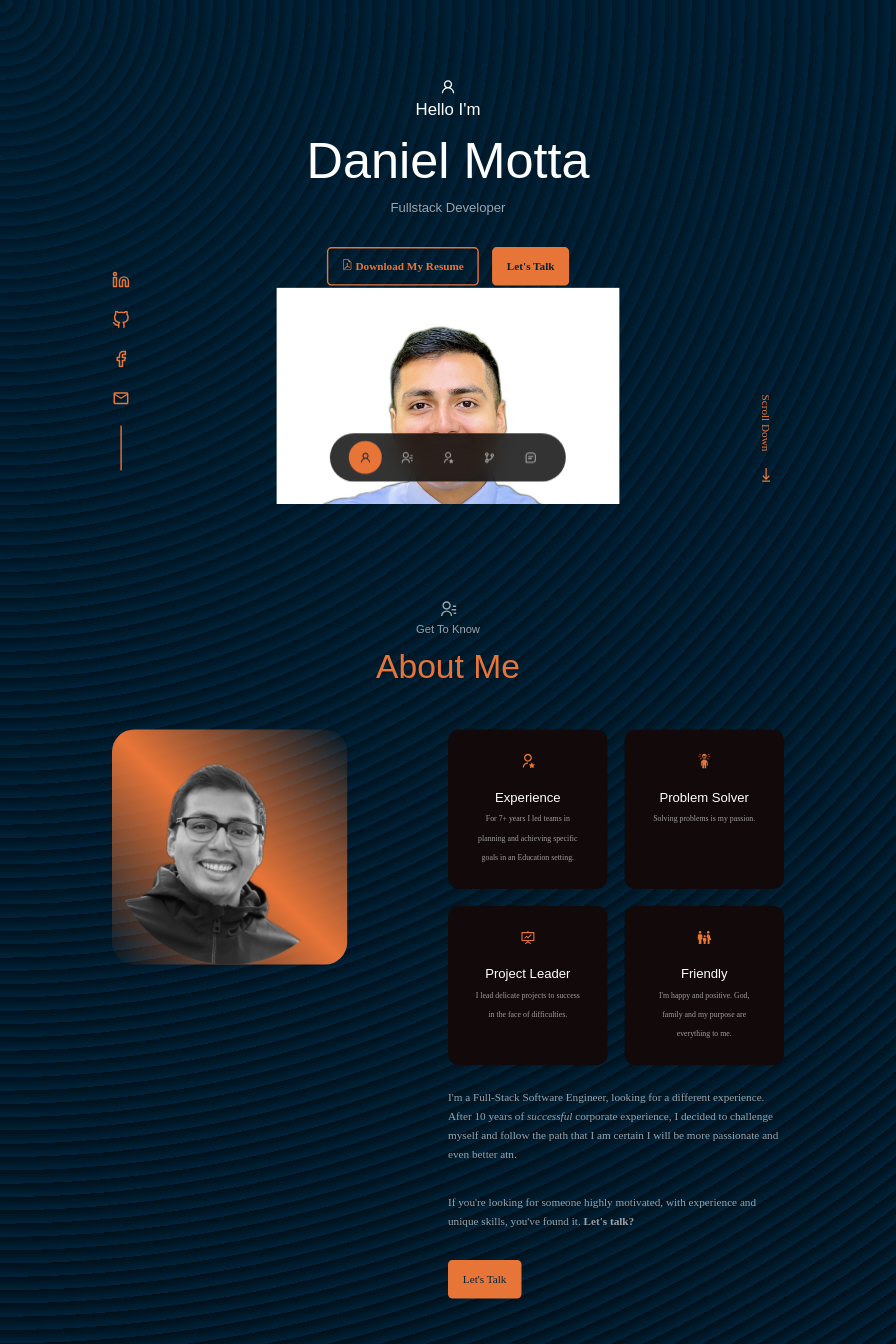
Repository: mottad14/dani_portfolio
Page: /
An editor plug-in stored every save of this project. The page is shown before and after the next save, followed by the edit.
The browser window is 1280 px wide. The pictures show the part of the page from y = 0 to 1920 px (the page is 5382 px tall before and 5385 px after), at 70% of full size.
The project was rebuilt for these pictures with package versions that can differ from the ones it lists, and the page was loaded fresh each time. Also part of the build but not shown: src/components/services/services.css, src/components/services/Services.jsx, src/components/testimonials/testimonials.css. Imported but missing from the stored project, and not drawn on this page: src/components/assets/cv.pdf.

Above is the page before, as saved 2022-08-17 14:42:28.

### src/index.css

* {
  margin: 0;
  padding: 0;
  border: 0;
  outline: 0;
  box-sizing: border-box;
  list-style: none;
  text-decoration: none;
}

:root {
  --color-bg: #00233A;
  --color-bg-variant: #120a0a;
  --color-primary: #E87538;
  --color-primary-variant: #ee9a6d;
  --color-white: #fff;
  --color-light: rgba(255, 255, 255, 0.6);

  --transition: all 400ms ease;

  --container-width-lg: 75%;
  --container-width-md: 86%;
  --container-width-sm: 90%;
}

html {
  scroll-behavior: smooth;
}

::-webkit-scrollbar {
  display: none;
}

body {
  color: var(--color-white);
  line-height: 1.7;
  /* background: var(--color-bg);
  background-image: url(../src/assets/bg-texture.png); */
  /* background-color: #023047; */
  /* background-image: url("data:[embedded picture, 4668 characters]");
background-attachment: fixed;
background-size: cover; */
  /* background-color: #023047;
  background-image: url("data:[embedded picture, 4246 characters]");
  background-attachment: fixed;
  background-size: cover; */
  background-color: #00233a;
opacity: 1;
background-image:  repeating-radial-gradient( circle at 0 0, transparent 0, #00233a 19px ), repeating-linear-gradient( #00000055, #000000 );
}


/* ============== GENERAL STYLES ============== */
.container {
  width: var(--container-width-lg);
  margin: 0 auto;
}

h1,
h2,
h3,
h4,
h5 {
  font-weight: 500;
  font-family: 'gumelaregular', sans-serif;
}

h1 {
  font-size: 4.5rem;
}

section {
  margin-top: 8rem;
}

section>h2,
section>h4 {
  text-align: center;
  color: var(--color-light);
}

section>h2 {
  color: var(--color-primary);
  margin-bottom: 3rem;
  font-size: 3rem;
}

.text-light {
  color: var(--color-light);
}

a {
  color: var(--color-primary);
  transition: var(--transition);
}

a:hover {
  color: var(--color-white);
}

.btn {
  width: max-content;
  display: inline-block;
  color: var(--color-primary);
  padding: 0.75rem 1.2rem;
  border-radius: 0.4rem;
  cursor: pointer;
  border: 2px solid var(--color-primary);
  transition: var(--transition);
}

.btn:hover {
  background: var(--color-white);
  color: var(--color-bg);
  border-color: transparent;
}

.btn-primary {
  background: var(--color-primary);
  color: var(--color-bg);
}

img {
  display: block;
  width: 100%;
  object-fit: cover;
}

/* ================ MEDIA QUERIES (MEDIUM DEVICES) ================= */
@media screen and (max-width: 1024px) {
  .container {
    width: var(--container-width-md);
  }

  section {
    margin-top: 6rem;
  }
}

/* ================ MEDIA QUERIES (SMALL DEVICES) ================= */
@media screen and (max-width: 600px) {
  .container {
    width: var(--container-width-sm);
  }

  section>h2 {
    margin-bottom: 2rem;
  }
}

### src/components/header/Header.jsx
import React from 'react'
import './header.css'
import CTA from './CTA'
import ME from '../assets/eu-landgradientcrop.png'
import HeaderSocial from './HeaderSocials'
import {AiOutlineUser} from 'react-icons/ai'
import { CgPushRight } from 'react-icons/cg';

const Header = () => {
  return (
	    <header>
			<div className='container header__container'>
				<div className='header-name-wrapper'>
					<h2 style={{lineHeight:'0rem',fontSize:'1.5rem'}}><AiOutlineUser/></h2>
					<h2 className='hello'>Hello I'm</h2>
					<h1 className='myname'>Daniel Motta</h1>
					<h3 className='full-stack text-light'>Fullstack Developer</h3>
				</div>
				<CTA />
				<HeaderSocial />

				<div className='me'>
					<img src={ME} alt='me' />
				</div>

				<div className='scrolldownflex'>
					<a href='#contact' className='scroll__down'>
						<span>Scroll Down</span> <CgPushRight style={{fontSize: '1.4rem'}}/>
					</a>
				</div>
			</div>
		</header>
	);
}

export default Header

### src/components/nav/Nav.jsx
import React from 'react'
import './nav.css'
import {AiOutlineUser} from 'react-icons/ai'
import {RiContactsLine, RiUserStarLine} from 'react-icons/ri'
import {BiMessageSquareDetail, BiGitBranch, } from 'react-icons/bi'
import {useState} from 'react'

const Nav = () => {
  const [activeNav, setActiveNav] = useState('#')
  return (
    <nav>
      <a href="#" onClick={() => setActiveNav('#')} className={activeNav === '#' ? 'active' : ''}><AiOutlineUser/></a>
      <a href="#about" onClick={() => setActiveNav('#about')} className={activeNav === '#about' ? 'active' : ''}><RiContactsLine/></a>
      <a href="#experience" onClick={() => setActiveNav('#experience')} className={activeNav === '#experience' ? 'active' : ''}><RiUserStarLine/></a>
      <a href="#portfolio" onClick={() => setActiveNav('#portfolio')} className={activeNav === '#portfolio' ? 'active' : ''}><BiGitBranch/></a>
      <a href="#contact" onClick={() => setActiveNav('#contact')} className={activeNav === '#contact' ? 'active' : ''}><BiMessageSquareDetail/></a>
    </nav>
  )
}

export default Nav

### src/components/about/About.jsx
import React from 'react'
import './about.css'
import ME from '../assets/me-about2.png'
import {GiSmart, GiTeamUpgrade} from 'react-icons/gi'
import {RiUserStarLine,RiContactsLine} from 'react-icons/ri'
import {AiOutlineFundProjectionScreen} from 'react-icons/ai'
import {MdOutlineFamilyRestroom} from 'react-icons/md'

const About = () => {
  return (
    <section id='about'>
      <h2 style={ { lineHeight: '0rem', fontSize: '1.5rem', color: 'rgba(255, 255, 255, 0.6)', marginBottom: '0.2rem', paddingTop: '10px' } }><RiContactsLine/></h2>
      <h4>Get To Know</h4>
      <h2>About Me</h2>

      <div className="container about__container">
        <div className="about__me">
          <div className="about__me-image">
            <img src={ME} alt="About Image" />
          </div>
        </div>

        <div className="about__content">
          <div className="about__cards">
            <article className='about__card'>
              <RiUserStarLine className='about__icon'/>
              <h3>Experience</h3>
              <small> For 7+ years I led teams in planning and achieving specific goals in an Education setting.</small>
            </article>

            <article className='about__card'>
              <GiSmart className='about__icon'/>
              <h3>Problem Solver</h3>
              <small>Solving problems is my passion.</small>
            </article>

            <article className='about__card'>
              <AiOutlineFundProjectionScreen className='about__icon'/>
              <h3>Project Leader</h3>
              <small>I lead delicate projects to success in the face of difficulties.</small>
            </article>
            <article className='about__card'>
              <MdOutlineFamilyRestroom className='about__icon'/>
              <h3>Friendly</h3>
              <small>I'm happy and positive.  God, family and my purpose are everything to me.</small>
            </article>
          </div>

          <p>

          I'm a Full-Stack Software Engineer, looking for a different experience. After 10 years of <em>successful</em> corporate experience, I decided to challenge myself and follow the path that I am certain I will be more passionate and even better atn.
          </p>
          <p>
          If you're looking for someone highly motivated, with experience and unique skills, you've found it. <b>Let's talk?</b>
          </p>

          <a href="#contact" className='btn btn-primary'>Let's Talk</a>
        </div>
      </div>
    </section>
  )
}

export default About

### src/components/testimonials/Testimonials.jsx
import React from 'react'
import './testimonials.css'
//Import all the images here ()


import 'swiper/css';
import 'swiper/css/pagination'


const Testimonials = () => {
  return (
    <div>Testimonials</div>
  )
}

export default Testimonials

### src/components/contact/Contact.jsx
import React from 'react'
import './contact.css'
import {MdOutlineEmail} from 'react-icons/md'
import {RiMessengerLine, RiMailSendLine} from 'react-icons/ri'
import { BsWhatsapp } from 'react-icons/bs'
import {BiMessageSquareDetail} from 'react-icons/bi'
import { useRef } from 'react';
import emailjs from 'emailjs-com'

const Contact = () => {
  const form = useRef();

  const sendEmail = (e) => {
    e.preventDefault();

    emailjs.sendForm('danny_motta', 'template_4kgjp9o', form.current, 'gMA-AbSRzbGp9wdKM')

    e.target.reset()
  };

  return (
    <section id='contact'>
      <h2 style={{lineHeight:'0rem',fontSize:'1.5rem', color: 'rgba(255, 255, 255, 0.6)',marginBottom:'0.2rem',paddingTop:'10px'}}><BiMessageSquareDetail/></h2>
      <h4>Get In Touch</h4>
      <h2>Contact Me</h2>

      <div className="container contact__container">
        <div className="contact__options">
          <article className="contact__option">
            <MdOutlineEmail className='contact__option-icon'/>
            <h4>Email</h4>
            <h5>mottad14@gmail.com</h5>
            <a href="mailto:mottad14@gmail.com" target="_blank">Send a message</a>
          </article>
          <article className="contact__option">
            <RiMessengerLine className='contact__option-icon'/>
            <h4>Messenger</h4>
            <h5>Danny Motta</h5>
            <a href="https://m.me/mottad14" target="_blank">Send a message</a>
          </article>
          <article className="contact__option">
            <BsWhatsapp className='contact__option-icon'/>
            <h4>WhatsApp</h4>
            <h5></h5>
            <a href="https://api.whatsapp.com/send?phone=18479029049" target="_blank">Send a message</a>
          </article>
        </div>
        {/* END OF CONTACT OPTIONS */}
        <form ref={form} onSubmit={sendEmail}>
          <input type="text" name='name' placeholder='Your Full Name' required />
          <input type="email" name='email' placeholder='Your Email' required />
          <textarea name="message" rows="7" placeholder='Your Message' required ></textarea>
          <button type='submit' className='btn btn-primary'>Send Message <RiMailSendLine style={{fontSize:'1rem', verticalAlign: 'bottom', marginLeft:'8px'}}/></button>
        </form>
      </div>
    </section>
  )
}

export default Contact

### src/components/footer/Footer.jsx
import React from 'react'
import './footer.css'
import {FaFacebookF} from 'react-icons/fa'
import {FiInstagram} from 'react-icons/fi'
import {IoLogoTwitter} from 'react-icons/io'

const Footer = () => {
  return (
    <footer>
      <a href="#" className='footer__logo'>Daniel Motta</a>

      <ul className='permalinks'>
        <li><a href="#">Home</a></li>
        <li><a href="#about">About</a></li>
        <li><a href="#experience">Experience</a></li>
        <li><a href="#services">Services</a></li>
        <li><a href="#portfolio">Portfolio</a></li>
        <li><a href="#testimonials">Testimonials</a></li>
        <li><a href="#contact">Contact</a></li>
      </ul>

      <div className="footer__socials">
        <a href="https://facebook.com"><FaFacebookF/></a>
        <a href="https://instagram.com"><FiInstagram/></a>
        <a href="https://twitter.com"><IoLogoTwitter/></a>
      </div>

    </footer>
  )
}

export default Footer

### src/components/header/header.css
header {
  height: 100vh;
  padding-top: 7rem;
  overflow: hidden;
}

.header__container {
  text-align: center;
  height: 100%;
  position: relative;
}

h2.hello {
  /* opacity: 0.75; */
  margin-bottom: 0rem;
}

h1.myname {
  line-height: 6.5rem;
}
/* =============== CTA - Call To Action  ============== */
.cta {
  margin-top: 2.5rem;
  display: flex;
  gap: 1.2rem;
  justify-content: center;
  font-weight: 700;
}

/* =============== HEADER SOCIALS ============== */
.header__socials {
  display: flex;
  flex-direction: column;
  align-items: center;
  gap: 0.8rem;
  position: absolute;
  left: 0;
  bottom: 3rem;
}
.header__socials a {
  font-size: 1.6rem;
  transition: all ease-out 1s;
}

/* =============== HEADER SOCIALS: HOVER ============== */
.header__socials a:hover {
  transform: scale(1.2);
  transition: all ease 0.2s;
}

.header__socials::after {
  content: "";
  width: 2px;
    height: 4rem;
  background: var(--color-primary);
}

/* =============== ME ============== */
.me {
  background: linear-gradient(var(--color-primary), transparent);
  width: 21rem;
  height: 25rem;
  position: absolute;
  left: 50%;
  transform: translateX(-50%);
  margin-top: 6.5rem;
  border-radius: 12rem 12rem 0 0;
  /* overflow: hidden; */
  overflow-y: visible;
  padding: 0rem 1.5rem 1.5rem 1.5rem;
}

/* =============== ME: IMG ============== */

.me img{
  transform: scale(1.7);
}
.me img:after {
  content: "";
  width: 100px;
  height: 50px;
  position: absolute;
  top: 0;
  right: 0;
  background: linear-gradient(90deg, rgba(255,255,255,0), rgba(255,255,255,1));
}

/* =============== SCROLL DOWN ============== */
.scroll__down {
  position: absolute;
  right: -2.3rem;
  bottom: 5rem;
  transform: rotate(90deg);
  font-weight: 300;
  font-size: 1rem;
}
.scrolldownflex a {
  transition: all ease-out 1s;
  transform: rotate(90deg);
  display: flex;
  justify-content: space-between;
  align-items: center;
  gap: 1.4rem;
}

.scrolldownflex a:hover{
  transform: scale(1.1);
  transform: rotate(90deg) scale(1.05);
  transition: all ease-out .2s;
}

/* ================ MEDIA QUERIES (MEDIUM DEVICES) ================= */
@media screen and (max-width: 1024px) {
  header {
    height: 68vh;
  }
}

/* ================ MEDIA QUERIES (SMALL DEVICES) ================= */
@media screen and (max-width: 600px) {
  header {
    height: 94vh;
    /* added after tutorial */
    padding-top: 4rem;
  }

  .header__socials,
  .scroll__down, .scrolldownflex {
    display: none;
  }

  /* added after tutorial */
  .me {
    width: 94%;
    max-width: 18rem;
    margin-top: 4rem;
    justify-content: center;
  }
  h1.myname {
    line-height: 4.3rem;
  }

  /* added after tutorial */
  .cta {
    margin-top: 1.7rem;
    gap: 1rem;
  }
}

### src/components/header/CTA.jsx
import React from 'react'
import CV from '../assets/cv.pdf'
import {BsFileEarmarkPdf} from 'react-icons/bs'

const CTA = () => {
  return (
    <div className='cta'>
        <a href={CV} download className='btn cv-span'><span className='cv-icon'><BsFileEarmarkPdf/></span> <span>Download My Resume</span></a>
        <a href="#contact" className='btn btn-primary'>Let's Talk</a>
    </div>
  )
}

export default CTA

### src/components/header/HeaderSocials.jsx
import React from 'react'
import {MdOutlineEmail} from 'react-icons/md'
import {FiFacebook,FiLinkedin,FiGithub} from 'react-icons/fi'

const HeaderSocials = () => {
  return (
    <div className='header__socials'>
        <a href="https://www.linkedin.com/in/mottad14/" target="_blank"><FiLinkedin/></a>
        <a href="https://github.com/mottad14" target="_blank"><FiGithub/></a>
        <a href="https://www.facebook.com/mottad14" target="_blank"><FiFacebook/></a>
        <a href="#contact"><MdOutlineEmail/></a>
    </div>
  )
}

export default HeaderSocials

### src/components/nav/nav.css
nav {
  background: rgba(0, 0, 0, 0.8);
  width: max-content;
  display: block;
  padding: 0.7rem 1.7rem;
  z-index: 2;
  position: fixed;
  left: 50%;
  transform: translateX(-50%);
  bottom: 2rem;
  display: flex;
  gap: 0.8rem;
  border-radius: 3rem;
  backdrop-filter: blur(15px);
}

nav a {
  background: transparent;
  padding: 0.9rem;
  border-radius: 50%;
  display: flex;
  color: var(--color-light);
  font-size: 1.1rem;
}

nav a:hover {
  background: rgba(0, 0, 0, 0.3);
}

nav a.active {
  background: var(--color-primary);
  color: var(--color-bg);
}

### src/components/about/about.css
.about__container {
  display: grid;
  grid-template-columns: 35% 50%;
  gap: 15%;
}

.about__me {
  width: 100%;
  aspect-ratio: 1/1;
  border-radius: 2rem;
  background: linear-gradient(45deg,
      transparent,
      var(--color-primary),
      transparent);
  display: grid;
  place-items: center;
}

.about__me-image {
  border-radius: 2rem;
  overflow: hidden;
  transform: rotate(10deg);
  transition: var(--transition);
}

.about__me-image:hover {
  transform: rotate(-2deg);
}

.about__cards {
  display: grid;
  grid-template-columns: repeat(2, 1fr);
  gap: 1.5rem;
}

.about__card {
  background: var(--color-bg-variant);
  border: 2px solid transparent;
  border-radius: 1rem;
  padding: 2rem;
  text-align: center;
  transition: var(--transition);
}

.about__card:hover {
  background: #00000070;
  border-color: var(--color-primary-variant);
  cursor: default;
}

.about__icon {
  color: var(--color-primary);
  font-size: 1.4rem;
  margin-bottom: 1rem;
}

.about__card h5 {
  font-size: 0.95rem;
}

.about__card small {
  font-size: 0.7rem;
  color: var(--color-light);
}

.about__content p {
  margin: 2rem 0 2.6rem;
  color: var(--color-light);
}

/* ================ MEDIA QUERIES (MEDIUM DEVICES) ================= */
@media screen and (max-width: 1024px) {
  .about__container {
    grid-template-columns: 1fr;
    gap: 0;
  }

  .about__me {
    width: 50%;
    margin: 2rem auto 4rem;
  }

  .about__content p {
    margin: 1rem 0 1.5rem;
  }
}

/* ================ MEDIA QUERIES (SMALL DEVICES) ================= */
@media screen and (max-width: 600px) {
  .about__me {
    width: 65%;
    margin: 0 auto 3rem;
  }

  .about__cards {
    grid-template-columns: 1fr 1fr;
    gap: 1rem;
  }

  .about__content {
    text-align: center;
  }

  .about__content p {
    margin: 1.5rem 0;
  }
}

### src/components/experience/experience.css
.experience__container {
  display: grid;
  grid-template-columns: 1fr 1fr;
  gap: 2rem;
}

.experience__container > div {
  background: var(--color-bg-variant);
  padding: 2.4rem 5rem;
  border-radius: 2rem;
  border: 1px solid transparent;
  transition: var(--transition);
}

.experience__container > div:hover {
  background: #00000070;
  border-color: var(--color-primary-variant);
  cursor: default;
}

.experience__container > div h3 {
  text-align: center;
  margin-bottom: 2rem;
  color: var(--color-primary);
}

.experience__content {
  display: grid;
  grid-template-columns: 1fr 1fr;
  row-gap: 2rem;
}

.experience__details {
  display: flex;
  gap: 1rem;
}

.experience__details-icon {
  margin-top: 6px;
  color: var(--color-primary);
}

/* ================ MEDIA QUERIES (MEDIUM DEVICES) ================= */
@media screen and (max-width: 1024px) {
  .experience__container {
    grid-template-columns: 1fr;
  }

  .experience__container > div {
    width: 80%;
    padding: 2rem;
    margin: 0 auto;
  }

  .experience__content {
    padding: 1rem;
  }
}

/* ================ MEDIA QUERIES (SMALL DEVICES) ================= */
@media screen and (max-width: 600px) {
  .experience__container {
    gap: 1rem;
  }

  .experience__container > div {
    width: 100%;
    padding: 2rem 1rem;
  }
}

### src/components/portfolio/portfolio.css
.portfolio__container {
  display: grid;
  grid-template-columns: repeat(3, 1fr);
  gap: 2.5rem;
}

.portfolio__item {
  background: var(--color-bg-variant);
  padding: 1.2rem;
  border-radius: 2rem;
  border: 2px solid transparent;
  transition: var(--transition);
}

.portfolio__item:hover {
  border-color: var(--color-primary-variant);
  background: #00000070;
}

.portfolio__item-image {
  border-radius: 1.5rem;
  overflow: hidden;
  aspect-ratio: 9/6;
}

.portfolio__item h3 {
  margin: 1.2rem 0 2rem;
}

.portfolio__item-cta {
  display: flex;
  gap: 1rem;
  margin-bottom: 1rem;
}

/* ================ MEDIA QUERIES (MEDIUM DEVICES) ================= */
@media screen and (max-width: 1024px) {
  .portfolio__container {
    grid-template-columns: 1fr 1fr;
    gap: 1.2rem;
  }
}

/* ================ MEDIA QUERIES (SMALL DEVICES) ================= */
@media screen and (max-width: 600px) {
  .portfolio__container {
    grid-template-columns: 1fr;
    gap: 1rem;
  }
}

### src/components/contact/contact.css
.container.contact__container {
  width: 58%;
  display: grid;
  grid-template-columns: 30% 58%;
  gap: 12%;
}

.contact__options {
  display: flex;
  flex-direction: column;
  gap: 1.2rem;
}

.contact__option {
  background: var(--color-bg-variant);
  padding: 1.2rem;
  border-radius: 1.2rem;
  text-align: center;
  border: 2px solid transparent;
  transition: var(--transition);
}

.contact__option:hover {
  background: #00000070;
  border-color: var(--color-primary-variant);
}

.contact__option-icon {
  font-size: 1.5rem;
  margin-bottom: 0.5rem;
}

.contact__option h5 {
  color: var(--color-light);
}

.contact__option a {
  margin-top: 0.7rem;
  display: inline-block;
  font-size: 0.8rem;
}

/* ================= FORM ================== */
form {
  display: flex;
  flex-direction: column;
  gap: 1.2rem;
}

input,
textarea {
  width: 100%;
  padding: 1.5rem;
  border-radius: 0.5rem;
  background: transparent;
  border: 2px solid var(--color-primary-variant);
  resize: none;
  color: var(--color-white);
  font-size: 1rem;
}
/* INput text area place holder*/
input::placeholder,
textarea::placeholder {
  color: var(--color-primary-variant);
}

/* ================ MEDIA QUERIES (MEDIUM DEVICES) ================= */
@media screen and (max-width: 1024px) {
  .container.contact__container {
    grid-template-columns: 1fr;
    gap: 2rem;
  }
}

/* ================ MEDIA QUERIES (SMALL DEVICES) ================= */
@media screen and (max-width: 600px) {
  .container.contact__container {
    width: var(--container-width-sm);
  }
}

### src/components/footer/footer.css
footer{
    background: var(--color-primary);
    padding: 3rem 0;
    text-align: center;
    font-size: 0.9rem;
    margin-top: 7rem;
}

footer a {
    color: var(--color-bg);

}

.footer__logo{
    font-size: 2rem;
    font-weight: 500;
    margin-bottom: 2rem;
    display: inline-block;
}

.permalinks {
    display: flex;
    flex-wrap: wrap;
    justify-content: center;
    gap: 2rem;
    margin: 0 auto 3rem;
}

.footer__socials {
    display: flex;
    justify-content: center;
    gap: 1rem;
    margin-bottom: 4rem;
}

.footer__socials a {
    background: var(--color-bg);
    color: var(--color-white);
    padding: 0.8rem;
    border-radius: 0.7rem;
    display: flex;
    border: 1px solid transparent;
}

.footer__socials a:hover {
    background-color: transparent;
    color: var(--color-bg);
    border-color: var(--color-bg);
}




/* ================ MEDIA QUERIES (SMALL DEVICES) ================= */
@media screen and (max-width: 600px) {

    .permalinks{
        flex-direction: column;
        gap: 1.5rem;
    }

    .footer__socials{
        margin-bottom: 2.6rem;
    }

}

Loaded but not shown: src/index.js (common file); src/App.js (29 lines, source omitted); src/components/experience/Experience.jsx (144 lines, source omitted); src/components/portfolio/Portfolio.jsx (106 lines, source omitted)

After the next save:
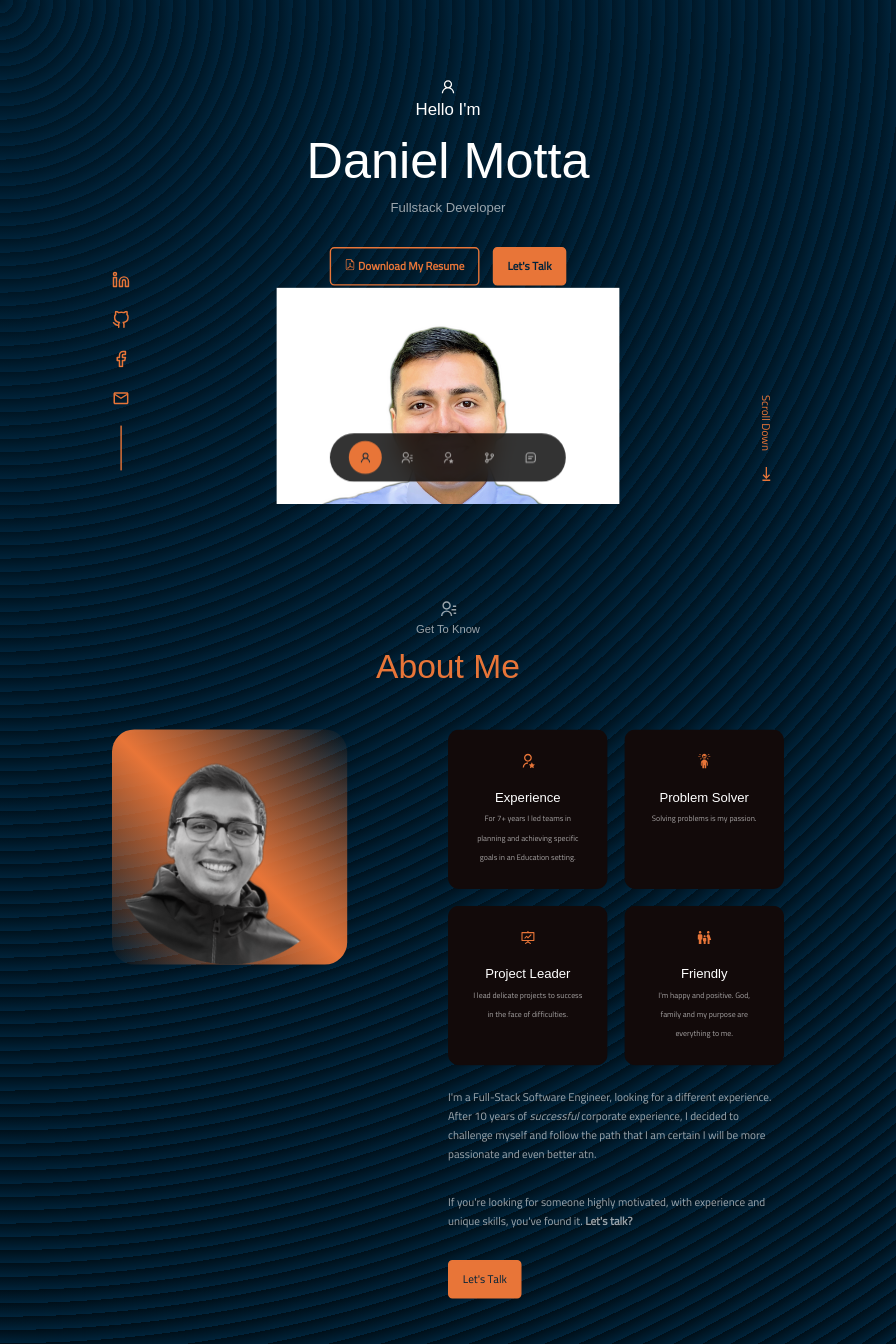
Saved 22 s later.
--- a/src/index.css
+++ b/src/index.css
@@ -1,3 +1,4 @@
+@import url('https://fonts.googleapis.com/css2?family=Cairo&display=swap');
 
 * {
   margin: 0;
@@ -33,6 +34,7 @@
 }
 
 body {
+  font-family: 'Cairo', sans-serif;
   color: var(--color-white);
   line-height: 1.7;
   /* background: var(--color-bg);
